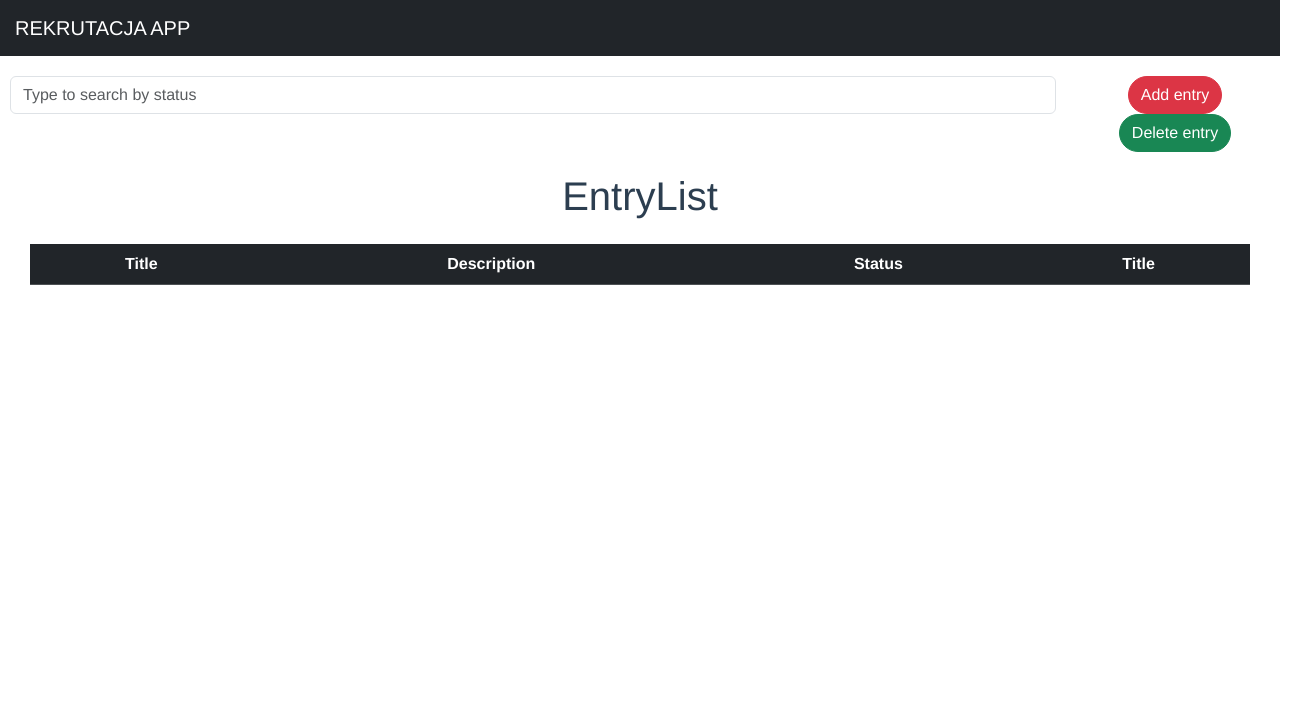
Repository: Madaless/vue_elastic
Page: / (app in vuejsapp/crudapp/)
The author's editor kept a copy of each file at every save. The page is drawn from the files as they stood at one save, then again after the next save.
The browser window is 1280 px wide. The page is 1292 px wide, so the pictures cover 1292 px, including what lies to the right of the window. The pictures show the whole page.
The page's requests for data from a server got no answer. The project was rebuilt for these pictures with package versions that can differ from the ones it lists, and the page was loaded fresh each time. No one was signed in, and anything a server would have sent is missing.

Above is the page before, as saved 2021-09-12 14:39:05.

### vuejsapp/crudapp/src/main.js
import Vue from 'vue'
import App from './App.vue'
import store from  './store/index'
import { BootstrapVue, IconsPlugin } from 'bootstrap-vue'

// Import Bootstrap an BootstrapVue CSS files (order is important)
import 'bootstrap/dist/css/bootstrap.css'
import 'bootstrap-vue/dist/bootstrap-vue.css'

// Make BootstrapVue available throughout your project
Vue.use(BootstrapVue)
// Optionally install the BootstrapVue icon components plugin
Vue.use(IconsPlugin)

Vue.config.productionTip = false

new Vue({
  store,
  render: h => h(App),
}).$mount('#app')

### vuejsapp/crudapp/src/App.vue
<template>
  <div id="app">
    <b-navbar class="navbar navbar-expand navbar-dark bg-dark">
      <b-navbar-brand id="header" href="#">REKRUTACJA APP</b-navbar-brand>
    </b-navbar>

    <b-row id = "filterEntry">
      <b-col sm="10"><FilterEntry /></b-col>
      <b-col sm="2"><AddEntry /></b-col>
    </b-row>

    <EntryList />
  </div>
</template>

<script>
import AddEntry from "./components/AddEntry.vue";
import FilterEntry from "./components/FilterEntry.vue";
import EntryList from "./components/EntryList.vue";

export default {
  name: "App",
  components: {
    AddEntry,
    FilterEntry,
    EntryList,
  },
};
</script>

<style>
#app {
  font-family: Avenir, Helvetica, Arial, sans-serif;
  -webkit-font-smoothing: antialiased;
  -moz-osx-font-smoothing: grayscale;
  text-align: center;
  color: #2c3e50;
}
#header {
  padding-left: 15px;
}

#filterEntry {
    padding-top: 20px;
    padding-bottom: 20px;
    padding-left: 10px;
    padding-right: 10px;
}
</style>

### vuejsapp/crudapp/src/store/index.js
import Vuex from 'vuex';
import Vue from 'vue';
import entryList from './modules/entryList';

Vue.use(Vuex);

export default new Vuex.Store({
    modules: {
        entryList
    }
})

### vuejsapp/crudapp/src/components/AddEntry.vue
<template>
  <div>
    <b-button pill block variant="danger">Add entry</b-button>
    <b-button pill block variant="success">Delete entry</b-button>
  </div>
</template>

<script>
export default {
  setup() {},
};
</script>

<style scoped>
</style>

### vuejsapp/crudapp/src/components/FilterEntry.vue
<template>
  <div>
    <b-form-input
      id="filter-input"
      v-model="filter"
      type="search"
      placeholder="Type to search by status"
    ></b-form-input>
  </div>
</template>

<script>
export default {
  setup() {},
};
</script>

<style scoped>

</style>

### vuejsapp/crudapp/src/components/EntryList.vue
<template>
  <div id="entryList">
    <h1>EntryList</h1>

    <div class="todos">

       <b-table
      :items="items"
      :fields="fields"/>
      <table class="table table-striped table-dark">
        <thead>
          <tr>
            <th>Title</th>
            <th>Description</th>
            <th>Status</th>
            <th>Title</th>
          </tr>
        </thead>
        <tbody>
          <tr v-for="entry in entryList" v-bind:key="entry.key">
              <td>{{ entry.title }}</td>
          </tr>
        </tbody>
      </table>
    </div>
  </div>
</template>

<script>
import { mapGetters, mapActions } from "vuex";

export default {
  name: "EntryList",
  methods: {
    ...mapActions(["fetchEntryList"]),
  },
  computed: mapGetters(["entryList"]),
  created() {
    this.fetchEntryList();
  },
};
</script>

<style scoped>
#entryList {
  padding-left: 30px;
  padding-right: 30px;
}
</style>

### vuejsapp/crudapp/src/store/modules/entryList.js
import axios from 'axios';

const state = {
  entryList: []
};
// get the state
const getters = {
  entryList: (state) => {
    return state.entryList
  }
};

const actions = {
    // fetch from api
  async fetchEntryList({ commit }) {
    const response = await axios.get('https://jsonplaceholder.typicode.com/todos');

    commit('setEntryList', response.data);
  }
}

const mutations = {
    setEntryList: (state, entryList) => (state.entryList = entryList)
};

export default {
    state,
    getters,
    actions,
    mutations
};

Loaded but not shown: vuejsapp/crudapp/public/index.html (common file)

After the next save:
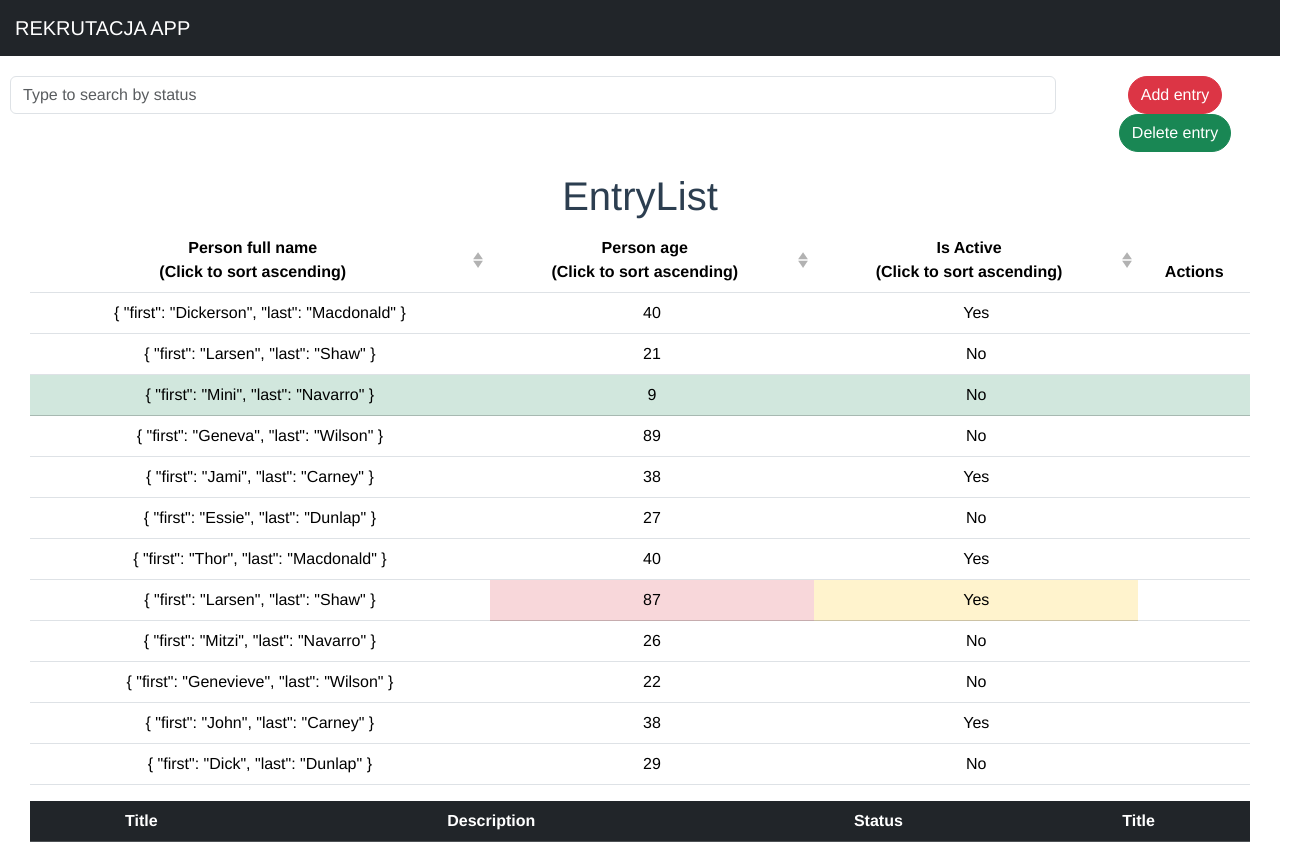
Saved 2 min 34 s later.
--- a/vuejsapp/crudapp/src/components/EntryList.vue
+++ b/vuejsapp/crudapp/src/components/EntryList.vue
@@ -38,6 +38,48 @@ export default {
   created() {
     this.fetchEntryList();
   },
+  data() {
+      return {
+        items: [
+          { isActive: true, age: 40, name: { first: 'Dickerson', last: 'Macdonald' } },
+          { isActive: false, age: 21, name: { first: 'Larsen', last: 'Shaw' } },
+          {
+            isActive: false,
+            age: 9,
+            name: { first: 'Mini', last: 'Navarro' },
+            _rowVariant: 'success'
+          },
+          { isActive: false, age: 89, name: { first: 'Geneva', last: 'Wilson' } },
+          { isActive: true, age: 38, name: { first: 'Jami', last: 'Carney' } },
+          { isActive: false, age: 27, name: { first: 'Essie', last: 'Dunlap' } },
+          { isActive: true, age: 40, name: { first: 'Thor', last: 'Macdonald' } },
+          {
+            isActive: true,
+            age: 87,
+            name: { first: 'Larsen', last: 'Shaw' },
+            _cellVariants: { age: 'danger', isActive: 'warning' }
+          },
+          { isActive: false, age: 26, name: { first: 'Mitzi', last: 'Navarro' } },
+          { isActive: false, age: 22, name: { first: 'Genevieve', last: 'Wilson' } },
+          { isActive: true, age: 38, name: { first: 'John', last: 'Carney' } },
+          { isActive: false, age: 29, name: { first: 'Dick', last: 'Dunlap' } }
+        ],
+        fields: [
+          { key: 'name', label: 'Person full name', sortable: true, sortDirection: 'desc' },
+          { key: 'age', label: 'Person age', sortable: true, class: 'text-center' },
+          {
+            key: 'isActive',
+            label: 'Is Active',
+            formatter: (value, key, item) => {
+              return value ? 'Yes' : 'No'
+            },
+            sortable: true,
+            sortByFormatted: true,
+            filterByFormatted: true
+          },
+          { key: 'actions', label: 'Actions' }
+        ],
+      }}
 };
 </script>
 
